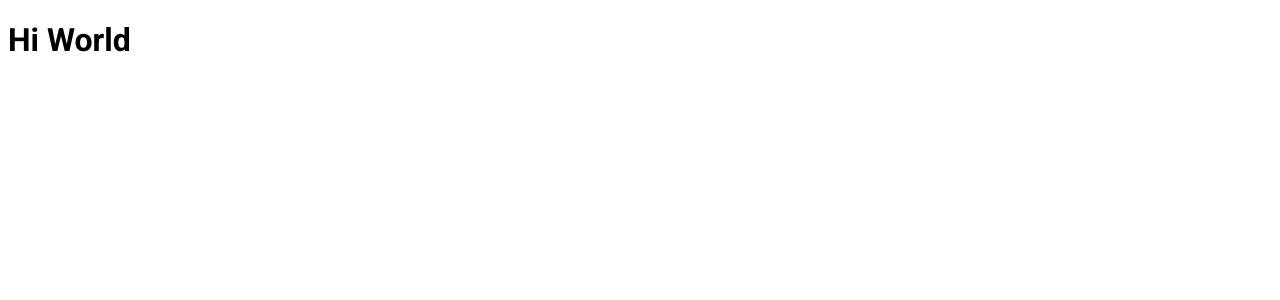
Repository: zjria/suppert-the-helpness
Page: index.html
These files come from the project's save history. The page is drawn as it stood at one moment and after the next save; the edit follows.
The browser window is 1280 px wide. The pictures show the whole page.

Above is the page before, as saved 2022-08-24 09:52:18.

After the next save:
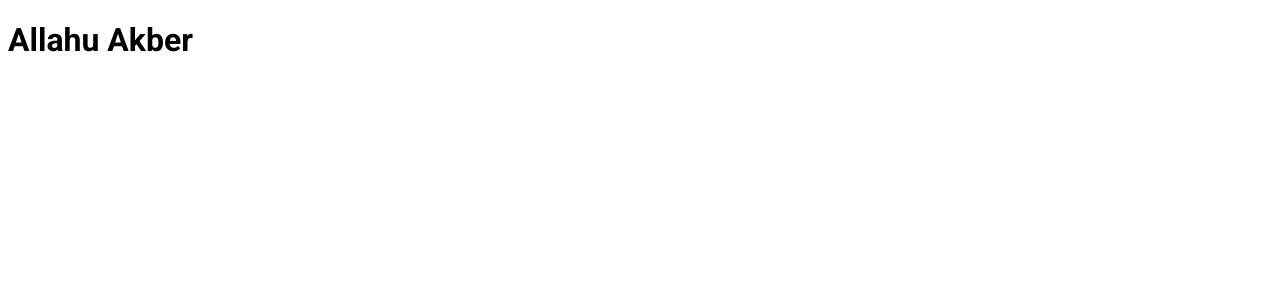
Saved 11 s later.
--- a/index.html
+++ b/index.html
@@ -16,7 +16,7 @@
 </head>
 
 <body>
-    <h1>Hi World</h1>
+    <h1>Allahu Akber</h1>
 
 
 </body>
